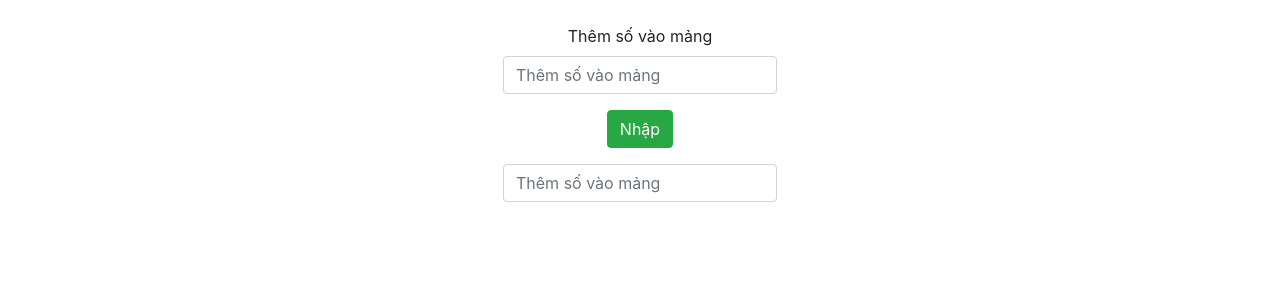
Repository: baobaodeveloper/bootcamp21__array__HuynhAnhBao
Page: index.html
An editor plug-in stored every save of this project. The page is shown before and after the next save, followed by the edit.
The browser window is 1280 px wide. The pictures show the whole page.

Above is the page before, as saved 2022-03-20 16:31:05.

After the next save:
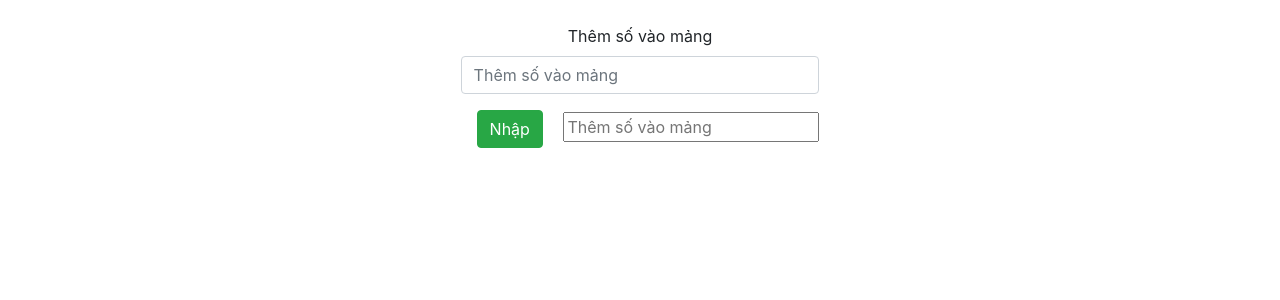
Saved 14 s later.
--- a/index.html
+++ b/index.html
@@ -34,7 +34,7 @@
         </button>
         <input
           type="number"
-          class="form-control w-100 d-block"
+          class="form-controld-block"
           id="number"
           placeholder="Thêm số vào mảng"
         />

After the save that followed:
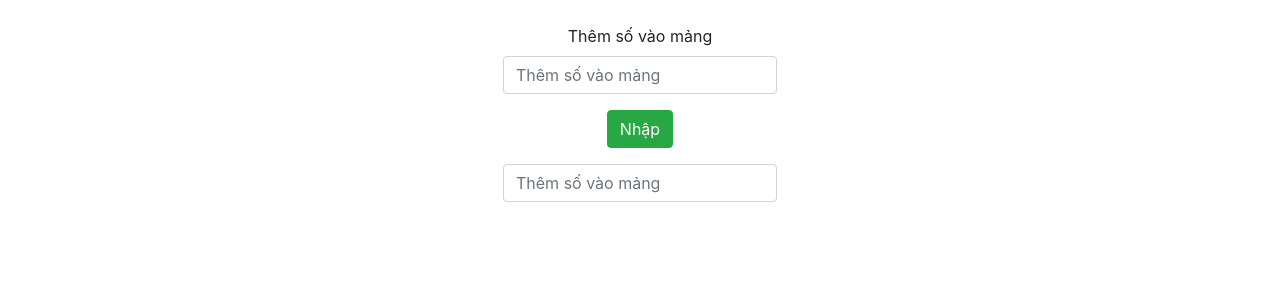
Saved 48 s later.
--- a/index.html
+++ b/index.html
@@ -34,7 +34,7 @@
         </button>
         <input
           type="number"
-          class="form-controld-block"
+          class="form-control"
           id="number"
           placeholder="Thêm số vào mảng"
         />
